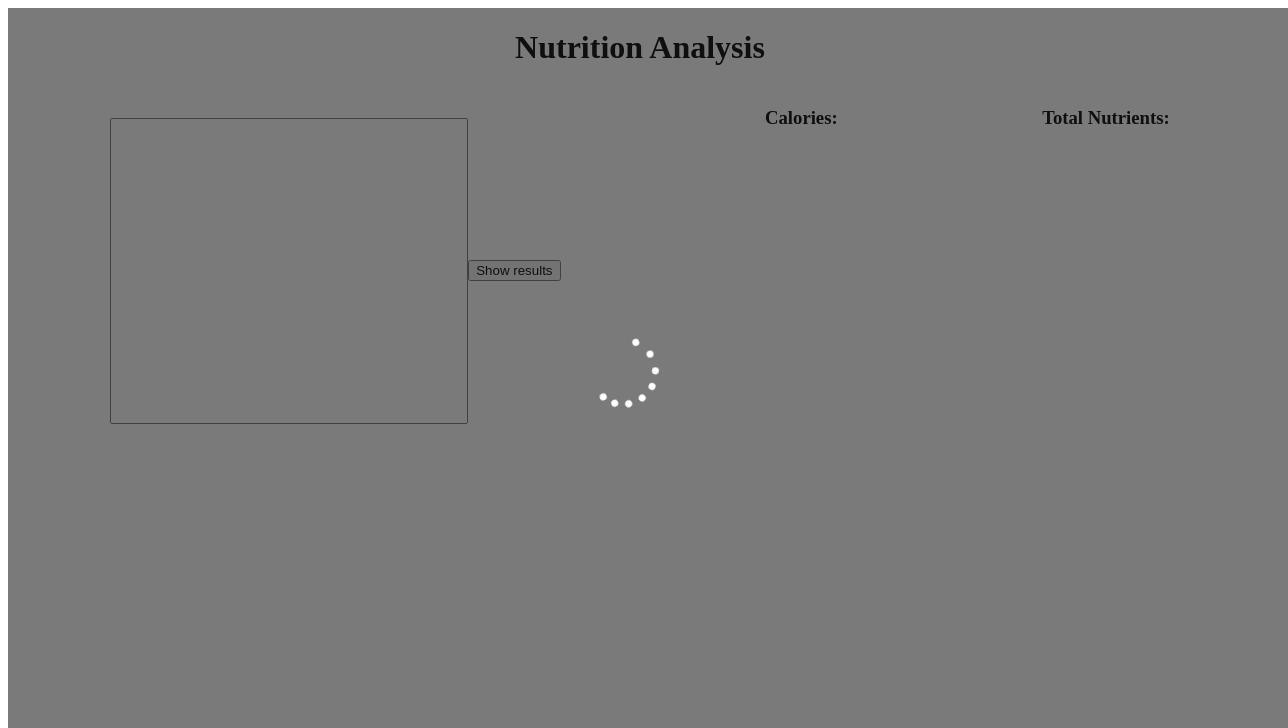
Repository: asya-aisa/nutrition-app
Page: /
These files come from the project's save history. The page is drawn as it stood at one moment and after a run of saves; the edit follows.
The browser window is 1280 px wide. The page is 1288 px wide, so the pictures cover 1288 px, including what lies to the right of the window. The pictures show the whole page.
The page's requests for data from a server got no answer. The project was rebuilt for these pictures with package versions that can differ from the ones it lists, and the page was loaded fresh each time. No one was signed in, and anything a server would have sent is missing. Also part of the build but not shown: src/MyComponent.js.

Above is the page before, as saved 2023-09-25 20:43:02.

### src/App.js

import { useEffect, useState } from 'react';
import './App.css';
import MyComponent from './MyComponent';
import LoaderPage from './Loader/LoaderPage';

function App() {

  const [userText, setUserText] = useState({
    ingr: ["1 apple", "2 banana"]
  })

  const [bodyText, setBodyText] = useState({ingr: ["1 apple", "2 banana"]})
  const [nutrientsArray, setNutrientsArray] = useState([])
  const [caloriesState, setCaloriesState] = useState('')

  const [stateLoader, setStateLoader] = useState(false)

  useEffect(() => {
    const getNutrients = async () => {
      setStateLoader(true)

      const response = await fetch('https://api.edamam.com/api/nutrition-details?app_id=bce19124&app_key=%20d13039e09e0cad1255cc69b09c620945%09', {
        method: 'POST',
        headers: {
          'Content-Type': 'application/json;charset=utf-8'
        },
        body: JSON.stringify(bodyText)
      })
      const data = await response.json()
      setCaloriesState(data.calories)

      let nutrients = data.totalNutrients

      if(nutrients === undefined || nutrients === null) {
        alert('error')
        setStateLoader(false)
      }
      else{setNutrientsArray(Object.values(data.totalNutrients))
        setStateLoader(false)
      }
    }
    getNutrients()
  }, [bodyText])

  const handleInput = (e) => {
    setUserText({ingr: e.target.value.split(',')})
  }

  const changeBody = (e) => {
    e.preventDefault()
    setBodyText(userText)
  }

  return (<div>
{stateLoader && <LoaderPage />}
        <div className='cont'>
          <h1>Nutrition Analysis</h1>
        </div>
      <div className="App">
      <form>
        <input type='text' onChange={handleInput} />
        <button onClick={changeBody}>Show results</button>
      </form>
      <h3>Calories: {caloriesState}</h3>

      <div>
        <h3>Total Nutrients:</h3>
        {nutrientsArray.map((elem, index) => (
        <MyComponent
        key={index}
        label={elem.label}
        quantity={elem.quantity.toFixed()}
        unit={elem.unit}/>

        ))}

      </div>

    </div>
    </div>);
}

export default App;

### src/App.css
.App {
  display: flex;
  justify-content: space-around;
}
ul, li {
  list-style: none;
  margin: 3px;
  padding: 0px;
}
input {
  margin-top: 30px;
  width: 350px;
  height: 300px;
}
.cont {
  display: flex;
  justify-content: center;
}

### src/Loader/LoaderPage.js
import './style.css';
import Loader from "./Loader"

const LoaderPage = () => {
    return(<div className="container_loader">
        <Loader />
    </div>)
}
export default LoaderPage;

### src/Loader/style.css
.container_loader {
    position: absolute;
    width: 100%;
    height: 100%;
    background-color: #1a1a1a94;
    }

    .lds-roller {
    position: absolute;
    top: 45%;
    left: 45%;
    }

    .lds-roller div {
    animation: lds-roller 1.2s cubic-bezier(0.5, 0, 0.5, 1) infinite;
    transform-origin: 40px 40px;
    }

    .lds-roller div:after {
    content: " ";
    display: block;
    position: absolute;
    width: 7px;
    height: 7px;
    border-radius: 50%;
    background: #fff;
    margin: -4px 0 0 -4px;
    z-index: 2;
    }

    .lds-roller div:nth-child(1) {
    animation-delay: -0.036s;
    }

    .lds-roller div:nth-child(1):after {
    top: 63px;
    left: 63px;
    }

    .lds-roller div:nth-child(2) {
    animation-delay: -0.072s;
    }

    .lds-roller div:nth-child(2):after {
    top: 68px;
    left: 56px;
    }

    .lds-roller div:nth-child(3) {
    animation-delay: -0.108s;
    }

    .lds-roller div:nth-child(3):after {
    top: 71px;
    left: 48px;
    }

    .lds-roller div:nth-child(4) {
    animation-delay: -0.144s;
    }

    .lds-roller div:nth-child(4):after {
    top: 72px;
    left: 40px;
    }

    .lds-roller div:nth-child(5) {
    animation-delay: -0.18s;
    }

    .lds-roller div:nth-child(5):after {
    top: 71px;
    left: 32px;
    }

    .lds-roller div:nth-child(6) {
    animation-delay: -0.216s;
    }

    .lds-roller div:nth-child(6):after {
    top: 68px;
    left: 24px;
    }

    .lds-roller div:nth-child(7) {
    animation-delay: -0.252s;
    }

    .lds-roller div:nth-child(7):after {
    top: 63px;
    left: 17px;
    }

    .lds-roller div:nth-child(8) {
    animation-delay: -0.288s;
    }

    .lds-roller div:nth-child(8):after {
    top: 56px;
    left: 12px;
    }

    @keyframes lds-roller {
    0% {
    transform: rotate(0deg);
    }

    100% {
    transform: rotate(360deg);
    }
    }

### src/Loader/Loader.js
import './style.css';
const Loader = () => {
    return(<div className="lds-roller">
        <div></div>
        <div></div>
        <div></div>
        <div></div>
        <div></div>
        <div></div>
        <div></div>
        <div></div>
    </div>)
}

export default Loader;

Loaded but not shown: public/index.html (common file); src/index.js (common file); src/reportWebVitals.js (common file)

After the next 4 saves:
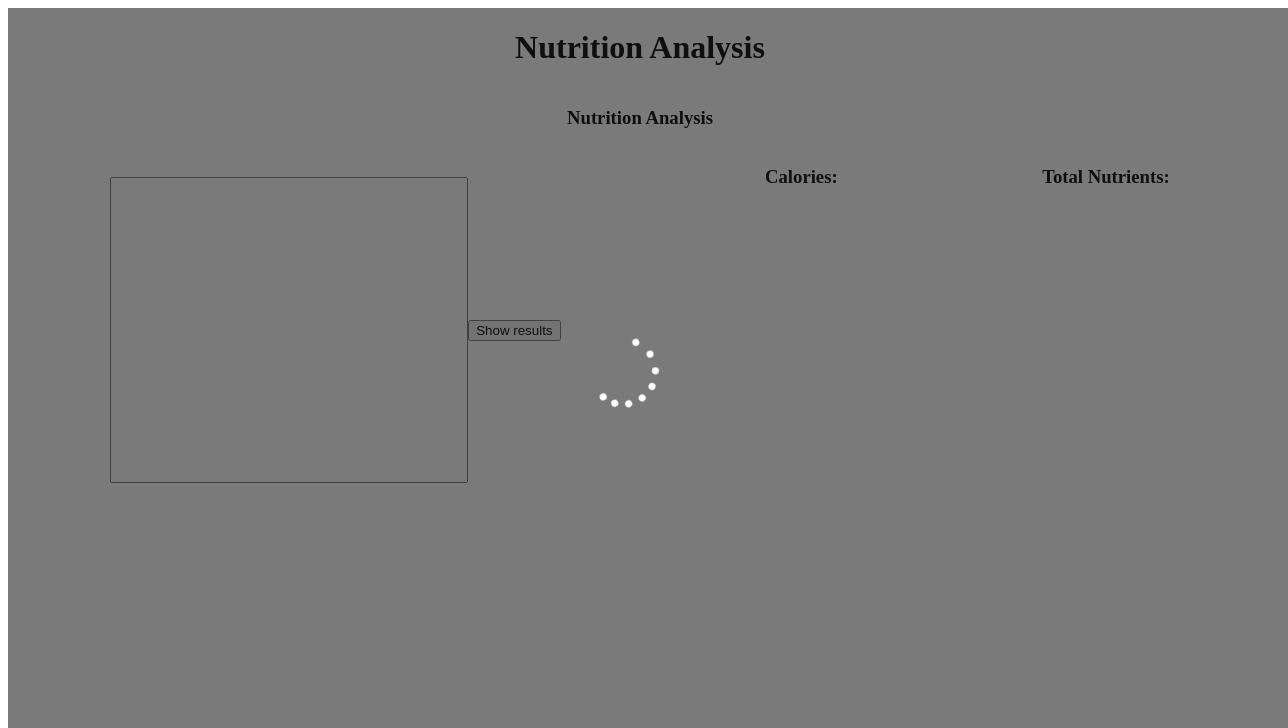
The 4 saves are shown as one change because they came seconds apart.
The last was saved 3 min 34 s later.
--- a/src/App.js
+++ b/src/App.js
@@ -57,6 +57,10 @@ function App() {
         <div className='cont'>
           <h1>Nutrition Analysis</h1>
         </div>
+
+        <div className='cont'>
+          <h3>Nutrition Analysis</h3>
+        </div>
       <div className="App">
       <form>
         <input type='text' onChange={handleInput} />
